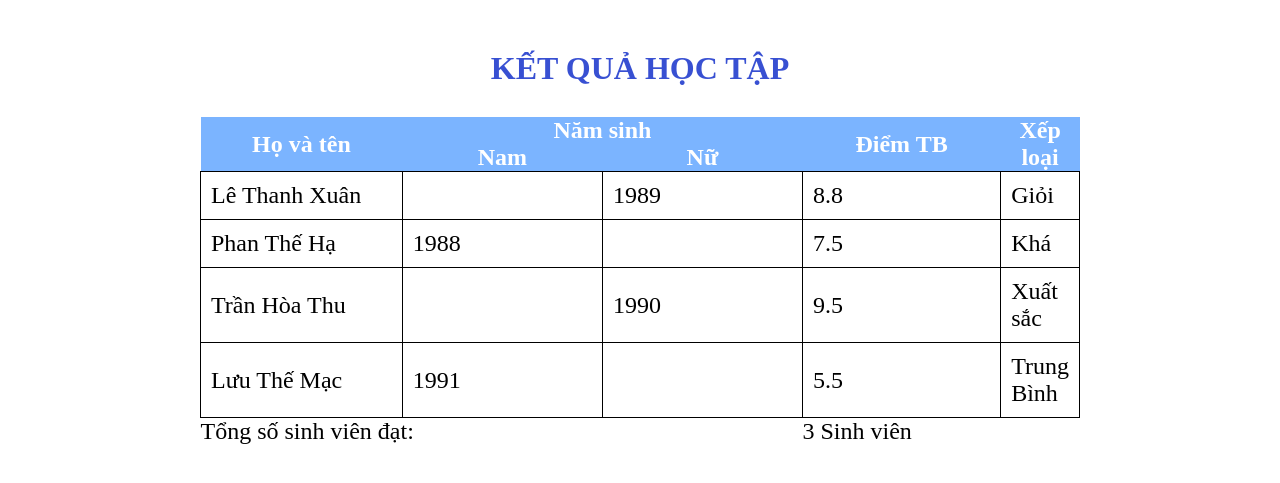
Repository: tuiladev/TKW
Page: Table/index.html
The author's editor kept a copy of each file at every save. The page is drawn from the files as they stood at one save, then again after the next save.
The browser window is 1280 px wide. The pictures show the whole page.

Above is the page before, as saved 2022-03-16 14:55:21.

After the next save:
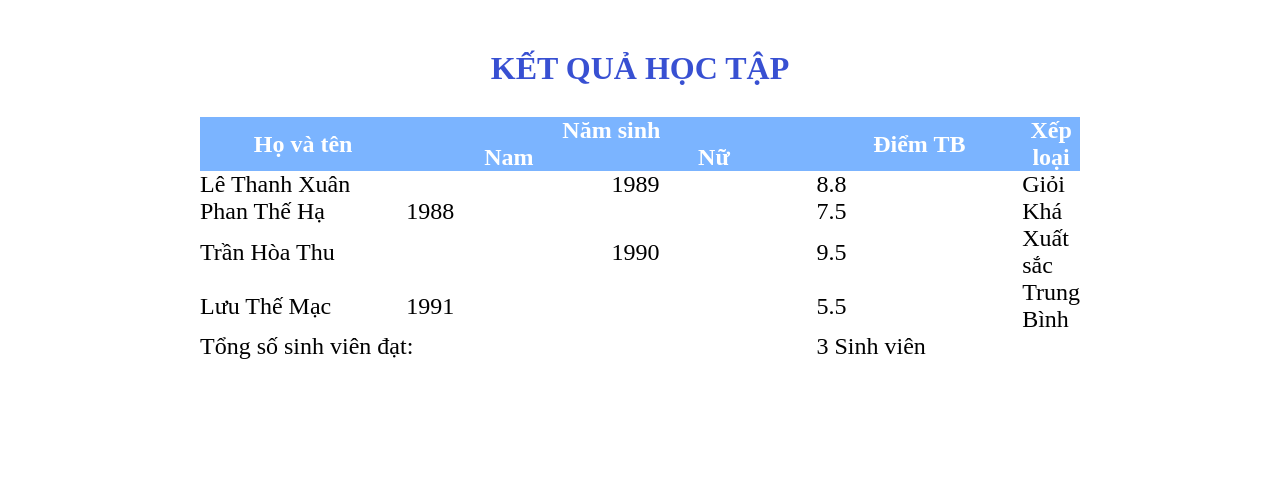
Saved 4 s later.
--- a/Table/index.html
+++ b/Table/index.html
@@ -44,7 +44,7 @@
       thead td {
         width: 25%;
       }
-      tbody tr
+      tbody tr td:not
       td {
         padding: 10px;
         border: 1px solid black;
